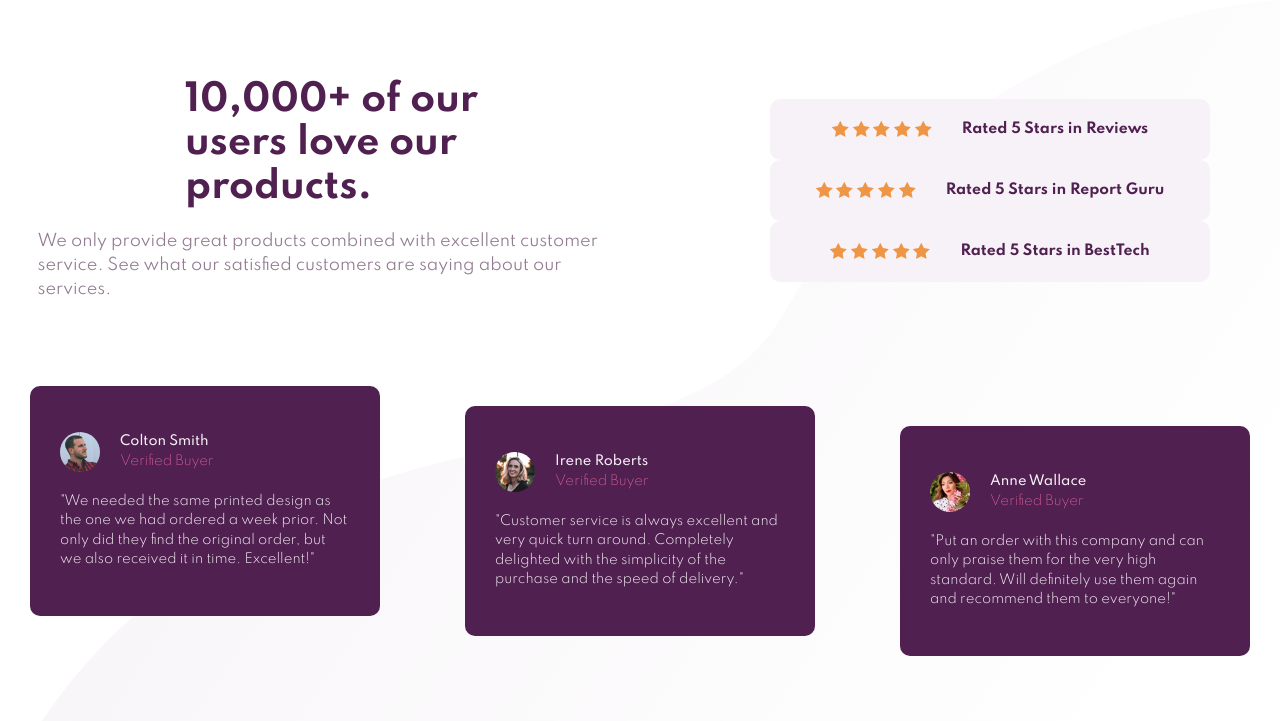
Repository: metehankasapp/social-proof-section-master
Page: index.html
The author's editor kept a copy of each file at every save. The page is drawn from the files as they stood at one save, then again after the next save.
The browser window is 1280 px wide. The pictures show the whole page.
Some web libraries are served in a nearby version.

Above is the page before, as saved 2021-12-05 09:30:26.

### index.html
<!DOCTYPE html>
<html lang="en">

<head>
  <meta charset="UTF-8" />
  <meta name="viewport" content="width=device-width, initial-scale=1.0" />

  <title>Frontend Mentor | Social proof section</title>
  <link rel="preconnect" href="https://fonts.googleapis.com" />
  <link rel="preconnect" href="https://fonts.gstatic.com" crossorigin />
  <link href="https://fonts.googleapis.com/css2?family=Spartan:wght@100;200;300;400;500;600;700;800;900&display=swap"
    rel="stylesheet" />
  <link href="https://cdn.jsdelivr.net/npm/bootstrap@5.1.3/dist/css/bootstrap.min.css" rel="stylesheet"
    integrity="sha384-1BmE4kWBq78iYhFldvKuhfTAU6auU8tT94WrHftjDbrCEXSU1oBoqyl2QvZ6jIW3" crossorigin="anonymous" />
  <link rel="stylesheet" href="style.css" />
</head>

<body>
  <div class="main-ctr">
    <div class="w-100 row p-0 header-ctr">
      <div class="col-12 col-lg-6 header-area">
        <div class="header-purple">
          <h5>10,000+ of our users love our products.</h5>
        </div>

        <p class="header-text">
          We only provide great products combined with excellent customer
          service. See what our satisfied customers are saying about our
          services.
        </p>
      </div>

      <div class="
            col-12 col-lg-6
            second-col
            d-flex
            justify-content-between
            align-items-center
            align-items-lg-baseline
            flex-column
          ">
        <div class="rate-container">
          <div class="stars">
            <img src="images/icon-star.svg" alt="" />
            <img src="images/icon-star.svg" alt="" />

            <img src="images/icon-star.svg" alt="" />
            <img src="images/icon-star.svg" alt="" />
            <img src="images/icon-star.svg" alt="" />
          </div>
          <p class="m-0">Rated 5 Stars in Reviews</p>
        </div>
        <div class="rate-container">
          <div class="stars">
            <img src="images/icon-star.svg" alt="" />
            <img src="images/icon-star.svg" alt="" />

            <img src="images/icon-star.svg" alt="" />
            <img src="images/icon-star.svg" alt="" />
            <img src="images/icon-star.svg" alt="" />
          </div>
          <p class="m-0">Rated 5 Stars in Report Guru</p>
        </div>
        <div class="rate-container">
          <div class="stars">
            <img src="images/icon-star.svg" alt="" />
            <img src="images/icon-star.svg" alt="" />

            <img src="images/icon-star.svg" alt="" />
            <img src="images/icon-star.svg" alt="" />
            <img src="images/icon-star.svg" alt="" />
          </div>
          <p class="m-0">Rated 5 Stars in BestTech</p>
        </div>
      </div>
    </div>

    <div class="
    cards
          w-100
          p-0
          d-flex
          flex-column flex-lg-row
          justify-content-between
          align-items-center
          align-items-lg-baseline
        " >
      <div class="card-ctr ">
        <div class="card-item" >
          <div class="card-headerr ">
            <div class="card-img">
              <img src="images/image-colton.jpg" alt="" />
            </div>
            <div class="card-text">
              <p class="card-fs">Colton Smith</p>
              <p class="card-job">Verified Buyer</p>
            </div>
          </div>
          <div class="card-second">
            <p>
              "We needed the same printed design as the one we had ordered a
              week prior. Not only did they find the original order, but we also
              received it in time. Excellent!"
            </p>
          </div>
        </div>
      </div>

      <div class="card-ctr" >
        <div class="card-item">
          <div class="card-headerr">
            <div class="card-img">
              <img src="images/image-irene.jpg" alt="" />
            </div>
            <div class="card-text">
              <p class="card-fs">Irene Roberts</p>
              <p class="card-job">Verified Buyer</p>
            </div>
          </div>
          <div class="card-second">
            <p>
              "Customer service is always excellent and very quick turn around.
              Completely delighted with the simplicity of the purchase and the
              speed of delivery."
            </p>
          </div>
        </div>
      </div>

      <div class="card-ctr" >
        <div class="card-item">
          <div class="card-headerr">
            <div class="card-img">
              <img src="images/image-anne.jpg" alt="" />
            </div>
            <div class="card-text">
              <p class="card-fs">Anne Wallace</p>
              <p class="card-job">Verified Buyer</p>
            </div>
          </div>
          <div class="card-second">
            <p>
              "Put an order with this company and can only praise them for the
              very high standard. Will definitely use them again and recommend
              them to everyone!"
            </p>
          </div>
        </div>
      </div>
    </div>
  </div>

  <script src="https://cdn.jsdelivr.net/npm/bootstrap@5.1.3/dist/js/bootstrap.bundle.min.js"
    integrity="sha384-ka7Sk0Gln4gmtz2MlQnikT1wXgYsOg+OMhuP+IlRH9sENBO0LRn5q+8nbTov4+1p" crossorigin="anonymous">
  </script>
  <script src="https://cdn.jsdelivr.net/npm/@popperjs/core@2.10.2/dist/umd/popper.min.js"
    integrity="sha384-7+zCNj/IqJ95wo16oMtfsKbZ9ccEh31eOz1HGyDuCQ6wgnyJNSYdrPa03rtR1zdB" crossorigin="anonymous">
  </script>
  <script src="https://cdn.jsdelivr.net/npm/bootstrap@5.1.3/dist/js/bootstrap.min.js"
    integrity="sha384-QJHtvGhmr9XOIpI6YVutG+2QOK9T+ZnN4kzFN1RtK3zEFEIsxhlmWl5/YESvpZ13" crossorigin="anonymous">
  </script>
</body>

</html>

### style.css
* {
  margin: 0;
  padding: 0;
  box-sizing: border-box;
}

html {
  font-size: 10px;
}

body {
  background-image: url("images/bg-pattern-bottom-desktop.svg");
  background-size: cover;
  height: auto;
  font-size: 1.6rem;
  font-family: "Spartan", sans-serif;
  padding: 8rem 3rem;
  display: flex;
  justify-content: center;
  align-items: center;
}

.main-ctr{
    width: 100%;
}
.header-ctr {
  margin-right: 0 !important;
  margin-left: 0 !important;
  display: flex;
  justify-content: center;
  align-items: center;
}

.header-area {
  width: 100%;
  display: flex;
  justify-content: center;
  flex-direction: column;
  align-items: center;
}
.header-purple h5 {
  width: 300px;
  font-weight: 700;
  font-size: 36px;
  text-align: center;
  color: hsl(300, 43%, 22%);
  margin-bottom: 2rem;
}

.header-text {
  font-size: 14px;
  text-align: center;
  color: hsl(303, 10%, 53%);
  margin-bottom: 2rem;
}

.rate-container {
  color: hsl(300, 43%, 22%);
  font-weight: 700;
  padding: 2rem 3rem;
  background-color: hsl(300, 24%, 96%);
  font-size: 14px;
  border-radius: 10px;

  width: 100%;
  height: auto;
  display: flex;
  justify-content: center;
  align-items: center;
  flex-direction: column;
  margin-bottom: 2rem;
}

.cards{
    margin-top: 4rem;
}

.stars {
  margin-bottom: 1rem;
}

.card-item {
  background-color: hsl(300, 43%, 22%);
  border-radius: 10px;
  padding: 3rem;
  max-width: 350px;
  height: 230px;
  display: flex;
  justify-content: center;
  align-items: baseline;
  flex-direction: column;
}

.card-ctr{
    margin-bottom: 2rem;
}

.card-headerr {
  display: flex;
  flex-direction: row;
  align-items: center;
  justify-content: baseline;
  margin-bottom: 2rem;
}

.card-img {
  display: inline-block;
  width: 40px !important;
}

.card-item img {
  width: 40px;
  border-radius: 50%;
}

.card-text {
  margin-left: 2rem;
  display: flex;
  flex-direction: column;
  justify-content: center;
  align-items: baseline;
}
.card-fs {
  color: hsl(300, 24%, 96%);
  font-size: 13px;
  margin-bottom: 0;
  font-weight: 500;
}

.card-job {
  color: hsl(300, 24%, 96%);
  font-size: 13px;
  margin-bottom: 0;
  font-weight: 200;
  color: hsl(333, 80%, 67%);
}

.card-second p {
  margin-bottom: 0;
  color: hsl(300, 24%, 96%);
  font-size: 13px;
  font-weight: 300;
}


@media screen and (min-width: 420px) {

    .rate-container {


      width: 350px;

    }
  }


@media screen and (min-width: 568px) {
  .header-area {
    width: 500px;
  }


}

@media screen and (min-width: 992px) {

    .cards{
        margin-top: 0rem;
    }

  body {
    background-image: url("images/bg-pattern-bottom-desktop.svg");
    background-size: cover;
    height: 100vh;
    font-size: 1.6rem;
    font-family: "Spartan", sans-serif;
    display: flex;
    justify-content: center;
    align-items: center;
  }

  .second-col {
    padding-left: 50px;
  }
  .header-ctr {
    margin-top: 8rem;
    margin-right: 0 !important;
    margin-left: 0 !important;
  }

  .header-area {
    width: 50%;
  }
  .header-purple h5 {
    font-weight: 700;
    font-size: 36px;
    color: hsl(300, 43%, 22%);
    margin-bottom: 2rem;
    text-align: start;
  }

  .header-text {

    margin-bottom: 0rem;
  text-align: start;
    font-size: 16px;
    color: hsl(303, 10%, 53%);
  }

  .rate-container {

  margin-bottom: 0rem;
    color: hsl(300, 43%, 22%);
    font-weight: 700;
    padding: 2rem 3rem;
    background-color: hsl(300, 24%, 96%);
    font-size: 14px;
    border-radius: 10px;
    width: 440px;
    display: flex;
    justify-content: baseline;
    align-items: baseline;
    flex-direction: row;
  }

  .rate-container:nth-child(2) {
    margin-left: 4rem;
  }
  .rate-container:nth-child(3) {
    margin-left: 8rem;
  }

  .stars {
    margin-right: 3rem;
    margin-bottom: 0;
  }

  .card-item {
    background-color: hsl(300, 43%, 22%);
    border-radius: 10px;
    padding: 3rem;
    max-width: 350px;
    height: 230px;
    display: flex;
    justify-content: center;
    align-items: baseline;
    flex-direction: column;
  }

  .card-ctr {
    height: 400px;
    display: flex;
    justify-content: center;
    align-items: center;
  }

  .card-ctr:nth-child(1) {
    align-self: baseline;
  }

  .card-ctr:nth-child(2) {
    align-self: center;
    padding-top: 4rem;
  }

  .card-ctr:nth-child(3) {
    align-self: flex-end;

    padding-top: 8rem;
  }

  .card-headerr {
    display: flex;
    flex-direction: row;
    align-items: center;
    justify-content: baseline;
    margin-bottom: 2rem;
  }

  .card-img {
    display: inline-block;
    width: 40px !important;
  }

  .card-item img {
    width: 40px;
    border-radius: 50%;
  }

  .card-text {
    margin-left: 2rem;
    display: flex;
    flex-direction: column;
    justify-content: center;
    align-items: baseline;
  }
  .card-fs {
    color: hsl(300, 24%, 96%);
    font-size: 13px;
    margin-bottom: 0;
    font-weight: 500;
  }

  .card-job {
    color: hsl(300, 24%, 96%);
    font-size: 13px;
    margin-bottom: 0;
    font-weight: 200;
    color: hsl(333, 80%, 67%);
  }

  .card-second p {
    margin-bottom: 0;
    color: hsl(300, 24%, 96%);
    font-size: 13px;
    font-weight: 300;
  }
}

@media screen and (min-width:1200px) {
    .cards{
        margin-top: 0rem;
    }

  body {
    background-image: url("images/bg-pattern-bottom-desktop.svg");
    background-size: cover;
    height: 100vh;
    font-size: 1.6rem;
    font-family: "Spartan", sans-serif;
    display: flex;
    justify-content: center;
    align-items: center;
  }

  .second-col {
    padding-left: 50px;
  }
  .header-ctr {
    margin-top: 8rem;
    margin-right: 0 !important;
    margin-left: 0 !important;
  }

  .header-area {
    width: 50%;
  }
  .header-purple h5 {
    font-weight: 700;
    font-size: 36px;
    color: hsl(300, 43%, 22%);
    margin-bottom: 2rem;
    text-align: start;
  }

  .header-text {

    margin-bottom: 0rem;
  text-align: start;
    font-size: 16px;
    color: hsl(303, 10%, 53%);
  }

  .rate-container {

  margin-bottom: 0rem;
    color: hsl(300, 43%, 22%);
    font-weight: 700;
    padding: 2rem 3rem;
    background-color: hsl(300, 24%, 96%);
    font-size: 14px;
    border-radius: 10px;
    width: 440px;
    display: flex;
    justify-content: baseline;
    align-items: baseline;
    flex-direction: row;
  }

  .rate-container:nth-child(2) {
    margin-left: 4rem;
  }
  .rate-container:nth-child(3) {
    margin-left: 8rem;
  }

  .stars {
    margin-right: 3rem;
    margin-bottom: 0;
  }

  .card-item {
    background-color: hsl(300, 43%, 22%);
    border-radius: 10px;
    padding: 3rem;
    max-width: 350px;
    height: 230px;
    display: flex;
    justify-content: center;
    align-items: baseline;
    flex-direction: column;
  }

  .card-ctr {
    height: 400px;
    display: flex;
    justify-content: center;
    align-items: center;
  }

  .card-ctr:nth-child(1) {
    align-self: baseline;
  }

  .card-ctr:nth-child(2) {
    align-self: center;
    padding-top: 4rem;
  }

  .card-ctr:nth-child(3) {
    align-self: flex-end;

    padding-top: 8rem;
  }

  .card-headerr {
    display: flex;
    flex-direction: row;
    align-items: center;
    justify-content: baseline;
    margin-bottom: 2rem;
  }

  .card-img {
    display: inline-block;
    width: 40px !important;
  }

  .card-item img {
    width: 40px;
    border-radius: 50%;
  }

  .card-text {
    margin-left: 2rem;
    display: flex;
    flex-direction: column;
    justify-content: center;
    align-items: baseline;
  }
  .card-fs {
    color: hsl(300, 24%, 96%);
    font-size: 13px;
    margin-bottom: 0;
    font-weight: 500;
  }

  .card-job {
    color: hsl(300, 24%, 96%);
    font-size: 13px;
    margin-bottom: 0;
    font-weight: 200;
    color: hsl(333, 80%, 67%);
  }

  .card-second p {
    margin-bottom: 0;
    color: hsl(300, 24%, 96%);
    font-size: 13px;
    font-weight: 300;
  }
}

After the next save:
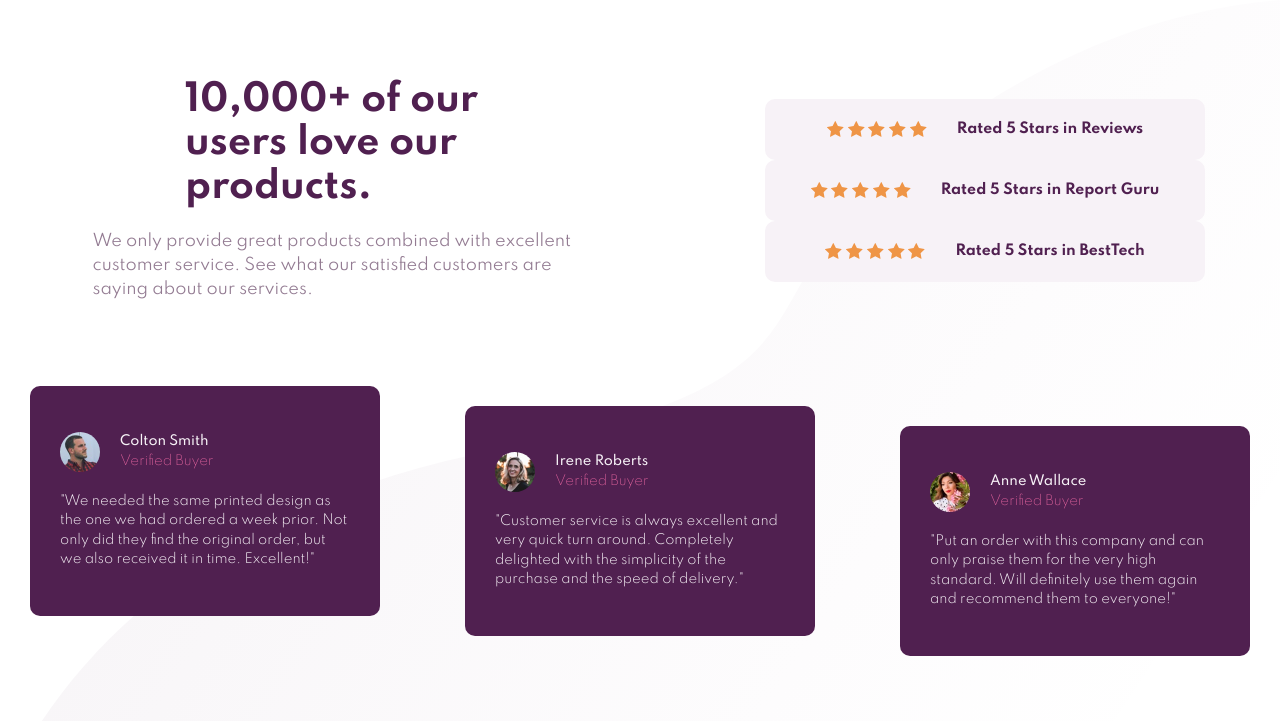
Saved 20 s later.
--- a/style.css
+++ b/style.css
@@ -334,7 +334,7 @@ body {
   }
 
   .second-col {
-    padding-left: 50px;
+    padding-left: 100px;
   }
   .header-ctr {
     margin-top: 8rem;
@@ -343,7 +343,7 @@ body {
   }
 
   .header-area {
-    width: 50%;
+    width: 500px;
   }
   .header-purple h5 {
     font-weight: 700;
